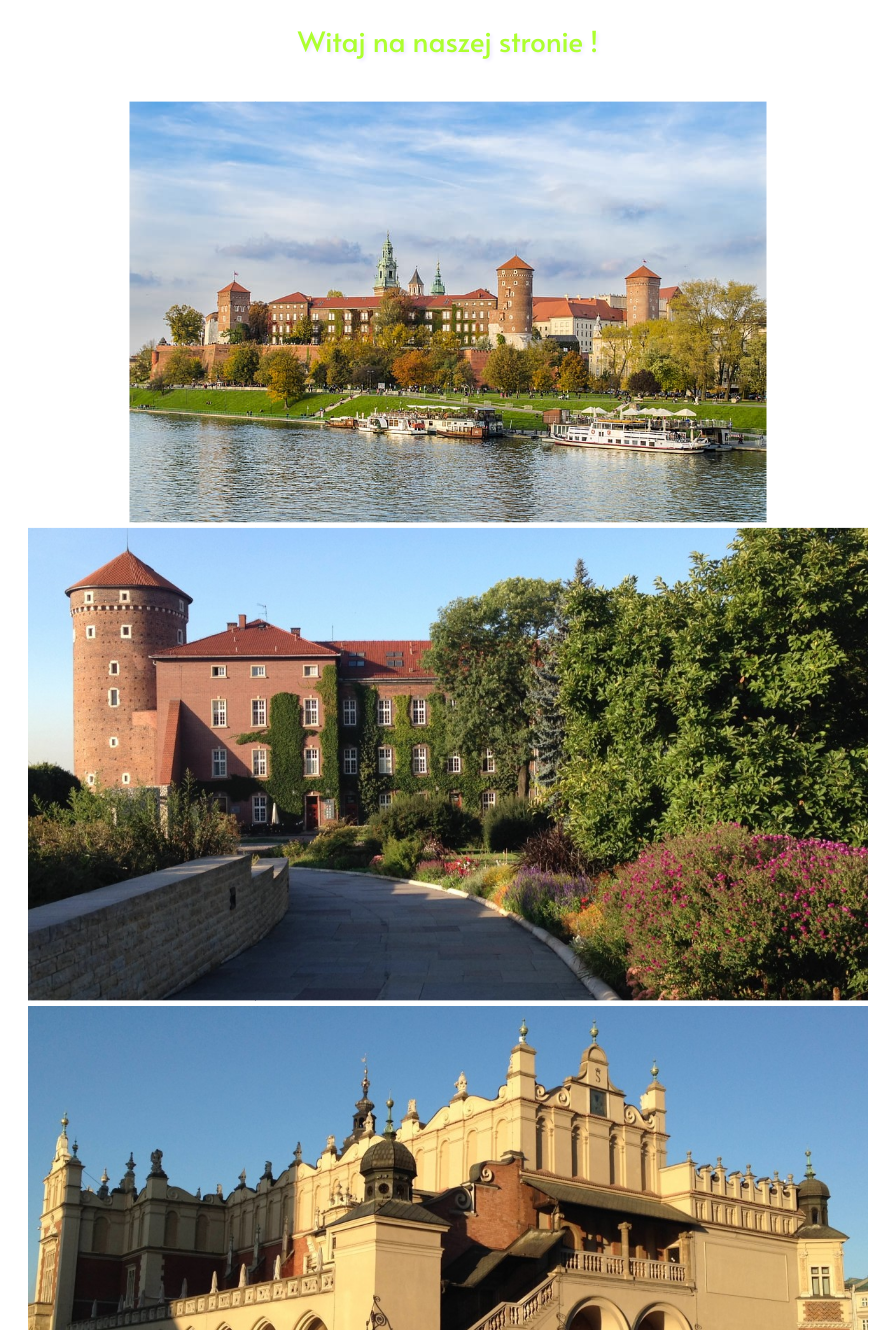
Repository: DZIALEK/projekt1
Page: projekt1.html
The author's editor kept a copy of each file at every save. The page is drawn from the files as they stood at one save, then again after the next save.
The browser window is 1280 px wide. The pictures show the part of the page from y = 863 to 2763 px (the page is 4627 px tall before and 4745 px after), at 70% of full size.
Some icons come from a web library that is not loaded, so they are not drawn. A picture or video elsewhere on the page could not be fetched, so the positions and the page height are approximate. Some web libraries are served in a nearby version.

Above is the page before, as saved 2020-07-15 00:24:23.

### projekt1.html
<!DOCTYPE html>
<html lang="pl=pl">
<head>
    <meta charset="UTF-8">
    <meta name="viewport" content="width=device-width, initial-scale=1.0">
    <title>Poznaj Kraków</title>
    <link rel="stylesheet" href="projekt1.css">
    <script src="https://kit.fontawesome.com/47e99c0280.js" crossorigin="anonymous"></script>
 </head>
<body>
    <header>
        <video autoplay muted loop id="video_header">
            <source src="dodatki/cracow_movie_lc.mp4">
        </video>
        <div class="logo">
            <a href="#">
                <img src="dodatki/logo_L.png" alt="Tutaj jest logo Poznaj Kraków">
            </a>
        </div>
        <div class="top">
            <h1>Poznaj Kraków</h1>
            <p>Od 1989r. skutecznie zarażamy miłością do Krakowa</p>
            <a href="#">SPRAWDŹ NAS!</a>
        </div>
        <nav>
            <ul>
                <li><a href="#">START</a></li>
                <li><a href="#">CO ZWIEDZAĆ</a></li>
                <li><a href="#">WYCIECZKI</a></li>
                <li><a href="#">CENNIK</a></li>
                <li><a href="#">O NAS</a></li>
            </ul>
        </nav>
    </header>
    <main>
        <section class="section-welcome">
            <h1 class="section-header">
               Witaj na naszej stronie !
            </h1>
            <img src="dodatki/foto3.jpg" alt="Tutaj jest zdjęcie Krakowa1">
            <img src="dodatki/foto2.jpg" alt="Tutaj jest zdjęcie Krakowa2">
        </section>
        <section class="section-welcome2">
            <img src="dodatki/foto1.jpg" alt="Tutaj jest zdjęcie Krakowa3">
            <img src="dodatki/foto4.jpg" alt="Tutaj jest zdjęcie Krakowa4">
        </section>
        <section class="section-best">
            <div class="section-best-img"></div>
            <img src="dodatki/logo_L.png" alt="">
            <h2>Bez zobaczenia tych atrakcji nie możecie wyjechać z Krakowa</h2>
            <p>Lorem ipsum dolor sit amet consectetur adipisicing elit. Ullam labore sint ratione non nemo voluptatum quasi quo cum dolorem, iusto, ipsum, laudantium nihil possimus. Accusantium officiis itaque nobis. Amet, eos.</p>
            </div>
        </section>
        <section class="section-best2">
            <div class="section-best-img2">
            <img src="dodatki/logo_L.png" alt="">
            <h2>Wycieczka dostosowona specjalnie do Ciebie</h2>
            <p>Lorem ipsum dolor sit amet consectetur adipisicing elit. Ullam labore sint ratione non nemo voluptatum quasi quo cum dolorem, iusto, ipsum, laudantium nihil possimus. Accusantium officiis itaque nobis. Amet, eos.</p>
            </div>
        </section>
    <!-- zrobić wyczieczkę typu: Krakowianie ich znienawidzili wycieczka 5dni w okół Krakowa -->
    <section class="section-newsletter">
    <div class="newsteletter-wrapper">
        <h2>Sprawdź nasz newsletter</h2>
        <form action="" method="">
            <input type="email" placeholder="Podaj swój e-mail">
            <button type="submit">Zapisz się!</button>
        </form>
    </div>
    </section>
    <div class="social-media">
        <a href="#"><i class="fab fa-facebook-square"></i></a>
        <a href="#"><i class="fab fa-youtube"></i></a>
        <a href="#"><i class="fab fa-tripadvisor"></i></a>
    </div>
    </main>

    <footer>
        PoznajKrakow &copy; 2020 Paweł Dziatłowicz All Rights Reserved
    </footer>
</body>
</html>

### projekt1.css
@import url('http://fonts.googleapis.com/css?family=Alata&subset=latin,latin-ext');

* {
    margin: 0;
    padding: 0;
    box-sizing: border-box;
}

html{
    scroll-behavior: smooth;
  }

body {
    background-color: #FFFFFF;
    color: #62406F; text-shadow: #EEE8FF 0.1em 0.1em 0.2em;
    /* CDCCCC */
    font-family: 'Alata', sans-serif;
    font-size: 28px;
    width: 100%;
}

a {
    text-decoration: none;
}

section {
    text-align: center;
}

footer {
    text-align: center;
}

img {
    max-width: 100%;
}

div {
    width: 100%;
    height: 100%;
}

#video_header {
    min-width: 100%;
    min-height: 100%;
    position: relative;
    bottom: 0;
    right: 0;
}

.logo {
    position: fixed;
    top: 10px;
    left: 85%;
    width: 100%;
}

.logo img {
    width: 120px;
}

.top h1 {
    position: absolute;
    left: 50%;
    top: 30%;
    transform: translate(-50%, -50%);
    font-size: 100px;
}

.top h1~p {
    position: absolute;
    left: 50%;
    top: 45%;
    margin-top: 20px;
    transform: translate(-50%, -50%);
    font-size: 30px;
}

.top h1~a {
    position: absolute;
    left: 50%;
    top: 55%;
    transform: translate(-50%, -50%);
    text-align: center;
    border: 2px solid #d6caf8;
    padding: 10px 15px;
    font-size: 40px;
}

nav {
    box-shadow: 1px 1px 1px 1px #352564;
}

nav ul {
    list-style-type: none;
    width: 100%;
}

nav li {
    position: relative;
    text-align: center;
}

nav a {
    transition: 0.5s;
}

nav a:hover {
    color: #c386cf;
    text-shadow: 0 0 0.1em #271B2B, 0 0 0.1em #271B2B, 0 0 0.1em #271B2B;
    /* text-shadow: #271B2B 0.1em 0.1em 0.1em; */
    /* #EEE8FF  */
}

.section-welcome {
    position: relative;
    top: 50px;
    margin-bottom: 50px;
}

.section-welcome h1 {
    margin-bottom: 60px;
    font-size: 40px;
    color: greenyellow;
     font-weight: 100;
}

.section-welcome2 {
    position: relative;
    margin: 20px auto;
}

.section-best {
    position: relative;
    margin: 0px auto;
    background-image: url(/dodatki/bg1.jpg);
    background-size: cover;
}

.section-best-img {
    width: 300%;
    background-image: url(/dodatki/bg1.jpg);
    background-size: cover;
}

.section-best2 {
/*  */
}

After the next save:
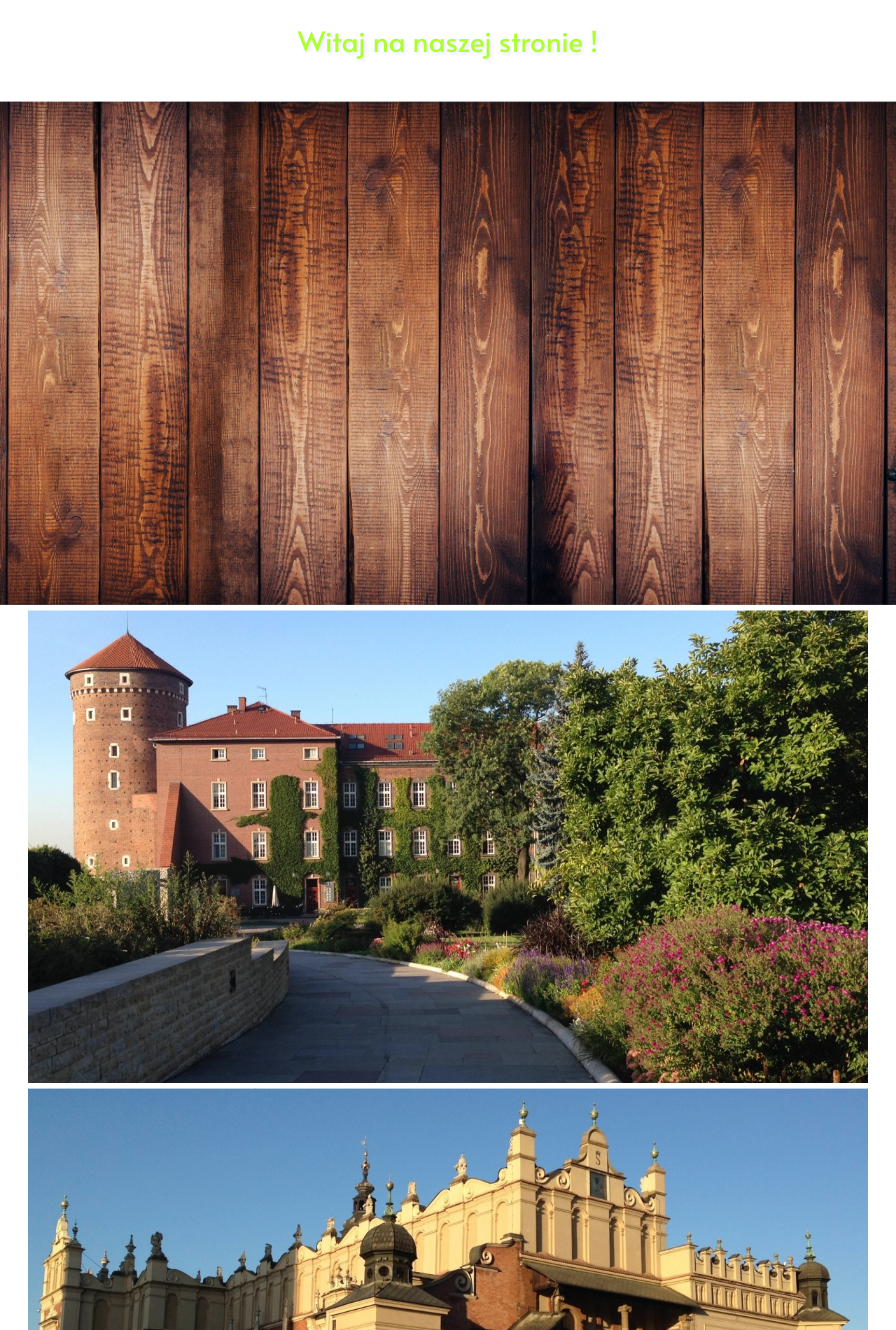
Saved 39 s later.
--- a/projekt1.html
+++ b/projekt1.html
@@ -37,7 +37,7 @@
             <h1 class="section-header">
                Witaj na naszej stronie !
             </h1>
-            <img src="dodatki/foto3.jpg" alt="Tutaj jest zdjęcie Krakowa1">
+            <img src="dodatki/bg1.jpg" alt="Tutaj jest zdjęcie Krakowa1">
             <img src="dodatki/foto2.jpg" alt="Tutaj jest zdjęcie Krakowa2">
         </section>
         <section class="section-welcome2">

After the save that followed:
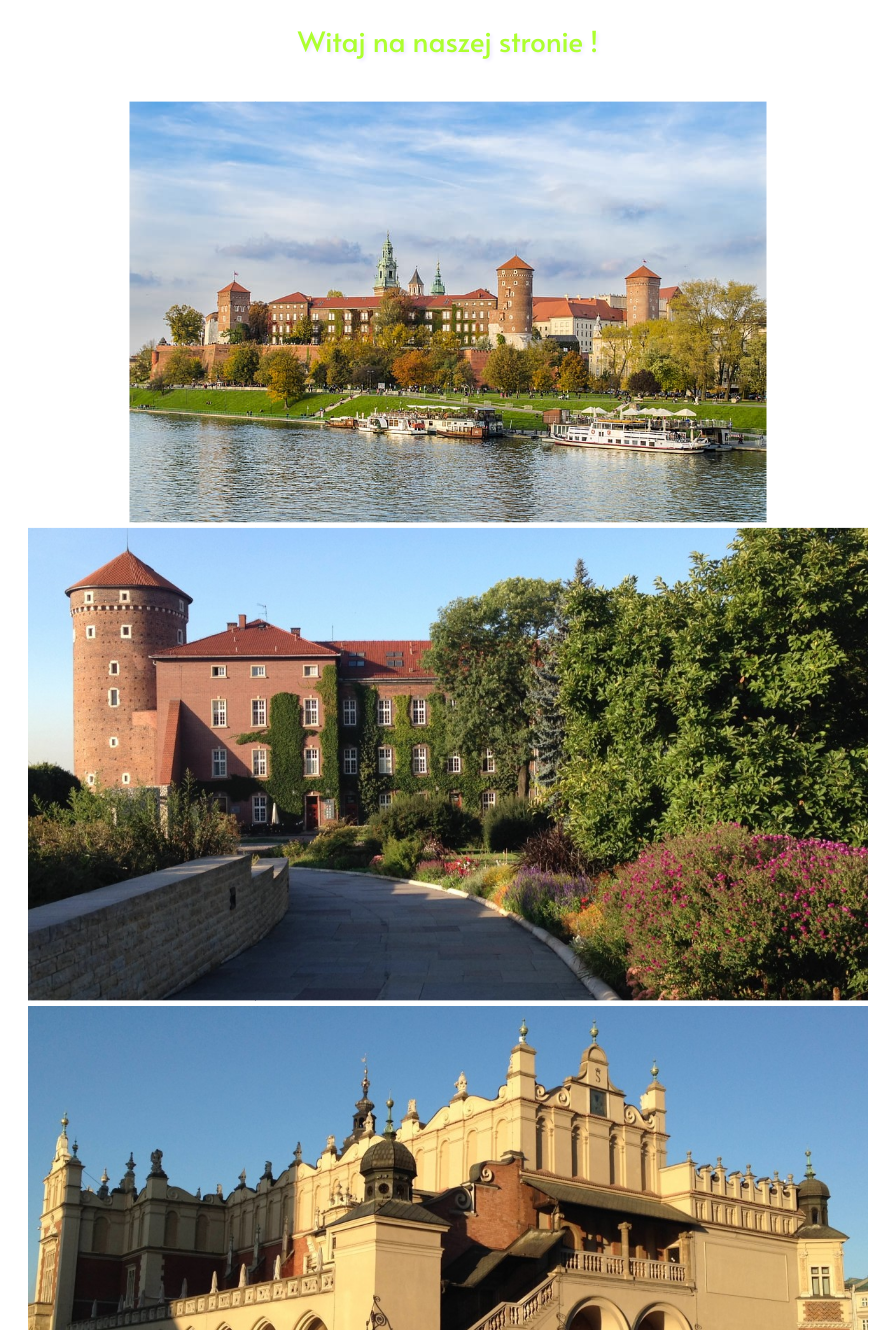
Saved 14 s later.
--- a/projekt1.html
+++ b/projekt1.html
@@ -37,7 +37,7 @@
             <h1 class="section-header">
                Witaj na naszej stronie !
             </h1>
-            <img src="dodatki/bg1.jpg" alt="Tutaj jest zdjęcie Krakowa1">
+            <img src="dodatki/foto3.jpg" alt="Tutaj jest zdjęcie Krakowa1">
             <img src="dodatki/foto2.jpg" alt="Tutaj jest zdjęcie Krakowa2">
         </section>
         <section class="section-welcome2">
